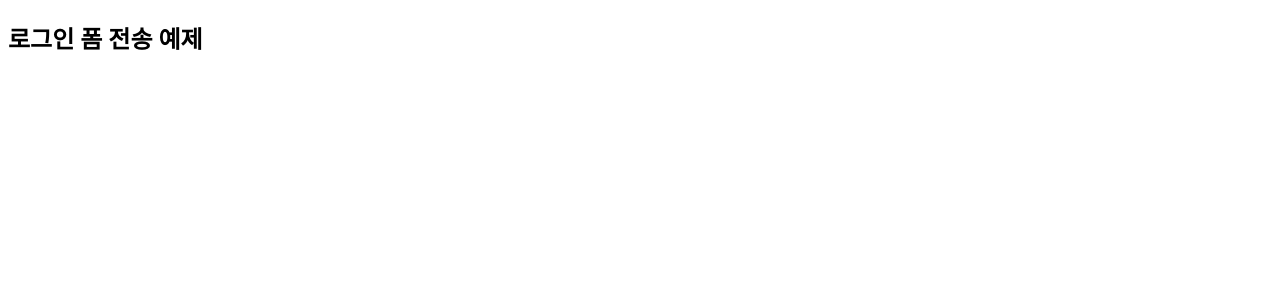
Repository: heyJSH/Study_java_web_sol
Page: http://localhost/jspweb_07/form_login.jsp
The author's editor kept a copy of each file at every save. The page is drawn from the files as they stood at one save, then again after the next save.
The browser window is 1280 px wide. The pictures show the whole page.
The page is served by Tomcat 9. Other server files are loaded and not shown.

Above is the page before, as saved 2024-01-11 01:35:32.

### teacher_lecture/cotogether/workspace_stsb_4_21/jspweb_07/src/main/webapp/form_login.jsp
<%@ page language="java" contentType="text/html; charset=UTF-8"
    pageEncoding="UTF-8"%>
<!DOCTYPE html>
<html>
<head>
<meta charset="UTF-8">
<title>Insert title here</title>
</head>
<body>
	<h2>로그인 폼 전송 예제</h2>

	<form action="pro_login.jsp" method="GET">


	</form>
</body>
</html>

After the next save:
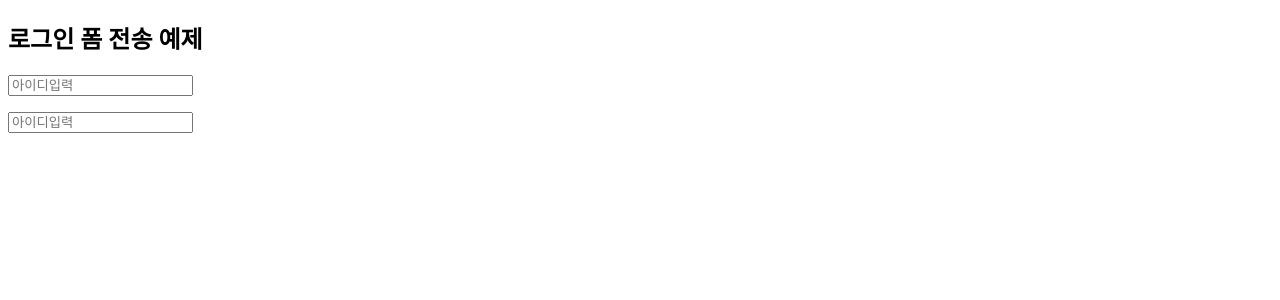
Saved 26 min 46 s later.
--- a/teacher_lecture/cotogether/workspace_stsb_4_21/jspweb_07/src/main/webapp/form_login.jsp
+++ b/teacher_lecture/cotogether/workspace_stsb_4_21/jspweb_07/src/main/webapp/form_login.jsp
@@ -11,6 +11,9 @@
 
 	<form action="pro_login.jsp" method="GET">
 
+		<p><input type="text" name="id" placeholder="아이디입력"></p>
+		<p><input type="password" name="pw" placeholder="아이디입력"></p>
+
 
 	</form>
 </body>
